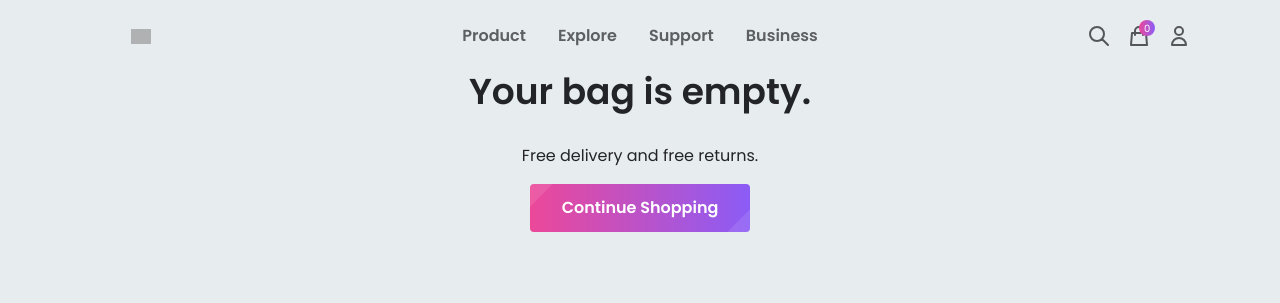
Repository: aliamini1422/semiAppleSite
Page: /checkout
These files come from the project's save history. The page is drawn as it stood at one moment and after the next save; the edit follows.
The browser window is 1280 px wide. The pictures show the whole page.
Pictures or frames that could not be fetched are drawn as grey boxes. The page's requests for data from a server got no answer. The project was rebuilt for these pictures with package versions that can differ from the ones it lists, and the page was loaded fresh each time. The framework's server and built-in components were replaced by stand-ins that run in the browser. No one was signed in, and anything a server would have sent is missing. Also part of the build but not shown: next.config.js, sanity.js, components/CheckoutProduct.tsx.

Above is the page before, as saved 2022-09-05 02:43:18.

After the next save:
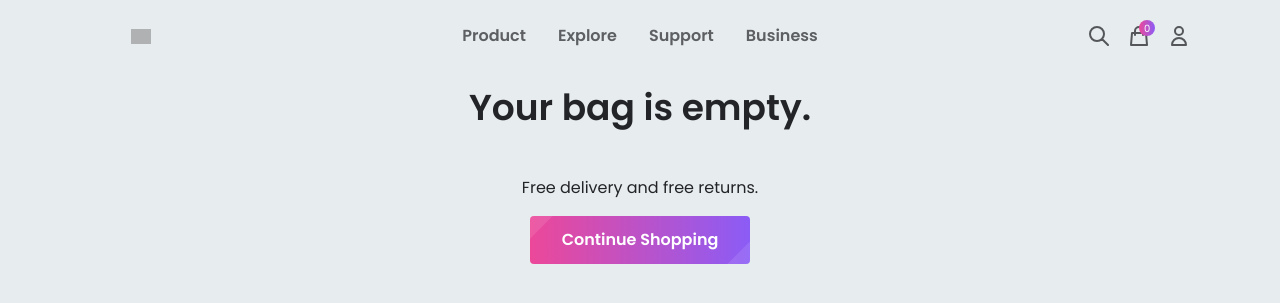
Saved 16 s later.
--- a/pages/checkout.tsx
+++ b/pages/checkout.tsx
@@ -28,7 +28,7 @@ function checkout() {
         <Header />
         <main className='mx-auto max-w-6xl pb-24 flex flex-col items-center '>
             <div className='px-5 '>
-                <h1 className='my-4 text-3xl font-semibold lg:text-4xl'>{items.length > 0 ? "Review your bag" : "Your bag is empty."}</h1>
+                <h1 className='my-8 text-3xl font-semibold lg:text-4xl'>{items.length > 0 ? "Review your bag" : "Your bag is empty."}</h1>
             </div>
             <p className='my-4'>Free delivery and free returns.</p>
             {items.length === 0 && (<Button title='Continue Shopping' onClick={()=>router.push("/")} />)}
